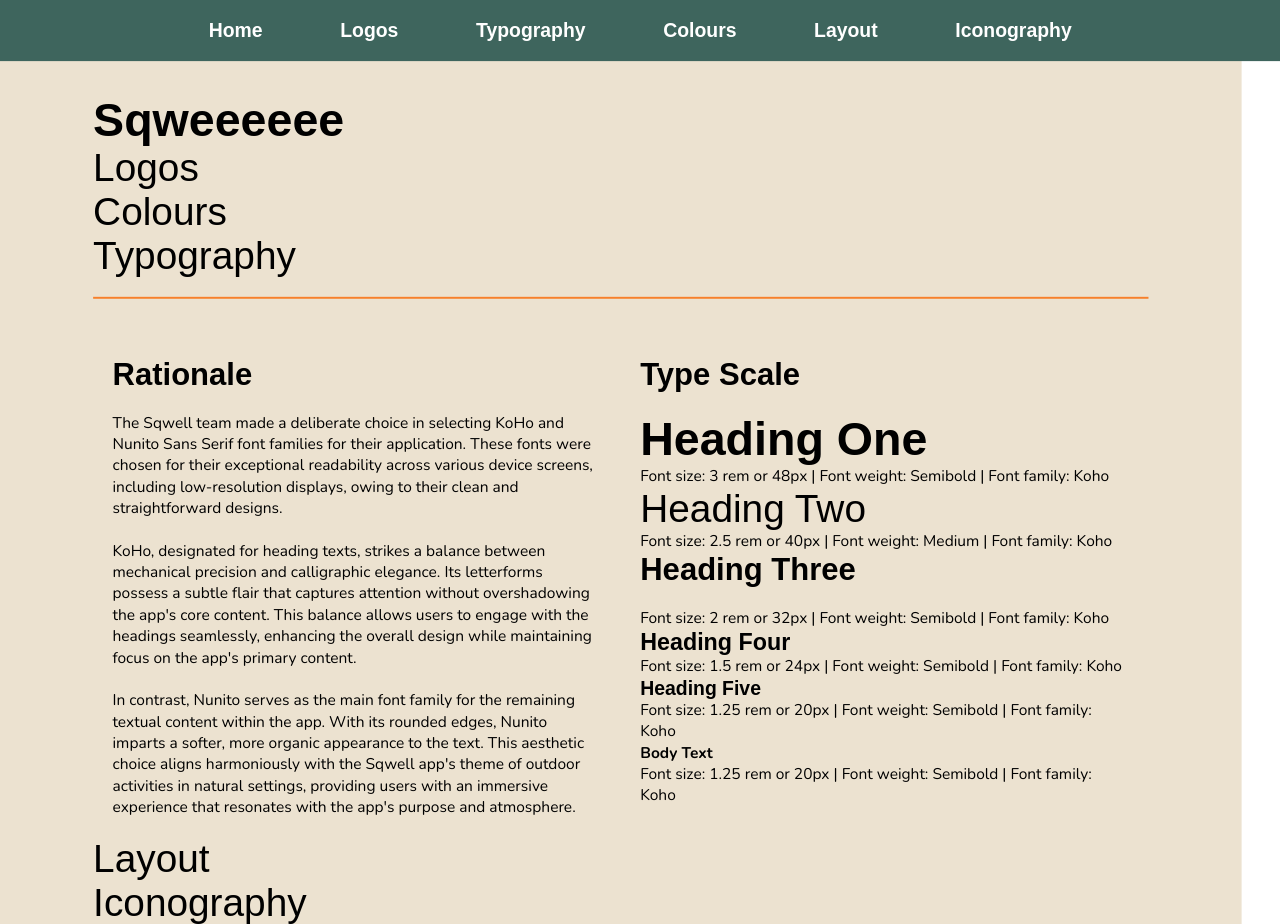
Repository: lpcmendoza/sqwell_styleguide
Page: /
An editor plug-in stored every save of this project. The page is shown before and after the next save, followed by the edit.
The browser window is 1280 px wide. The page is 1320 px wide, so the pictures cover 1320 px, including what lies to the right of the window. The pictures show the whole page, at 97% of full size.
Some web fonts or font styles are not loaded; a fallback is used. The project was rebuilt for these pictures with package versions that can differ from the ones it lists, and the page was loaded fresh each time. The framework's server and built-in components were replaced by stand-ins that run in the browser. Also part of the build but not shown: next.config.mjs, components/Footer/Footer.module.css, components/Footer/index.js.

Above is the page before, as saved 2024-04-07 18:52:24.

After the next save:
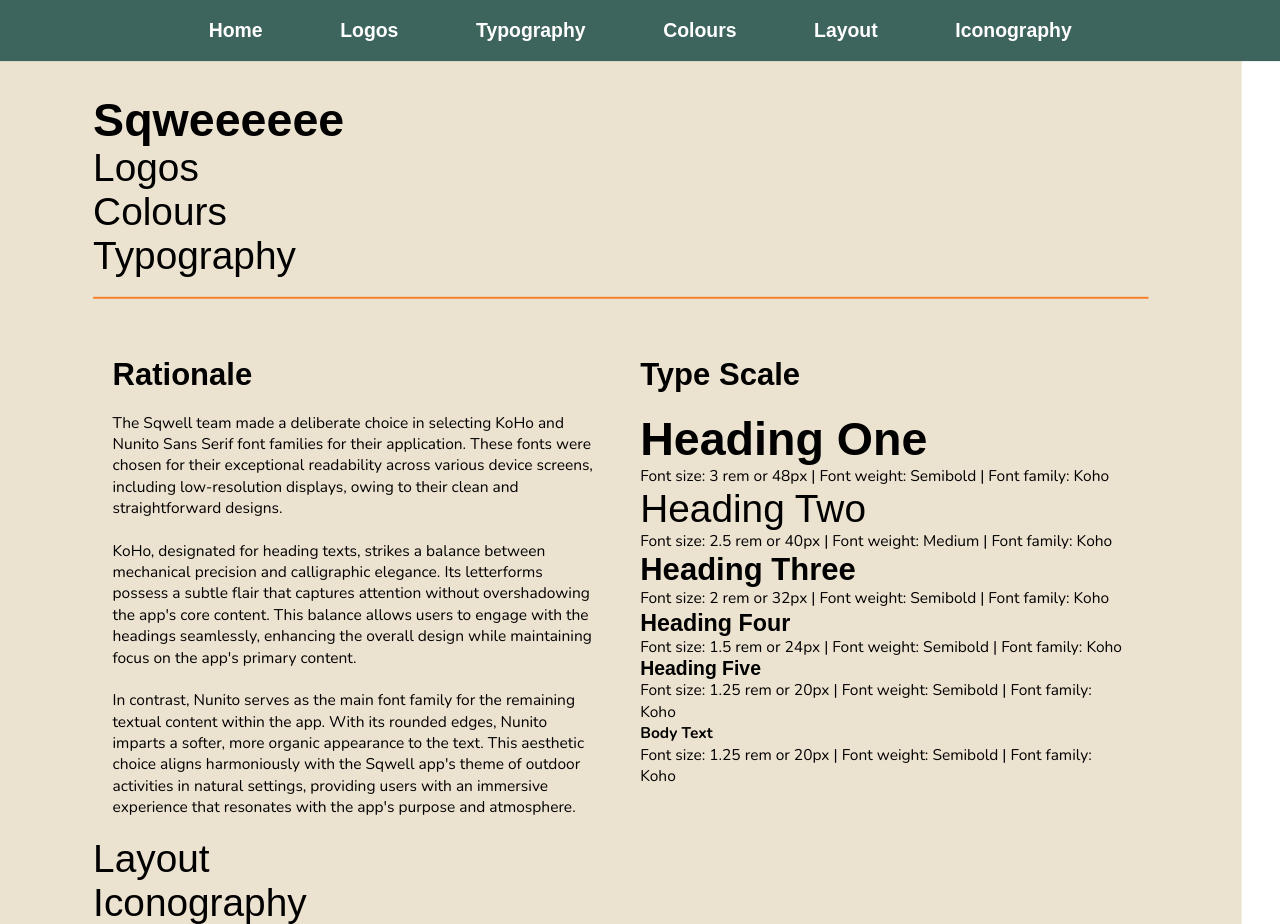
Saved 8 s later.
--- a/components/Typography/Typography.module.css
+++ b/components/Typography/Typography.module.css
@@ -12,7 +12,7 @@
 }
 
 .typescaleDetails h3 {
-    padding-bottom: auto;
+    padding-bottom: 0;
 }
 
 .typscale {
